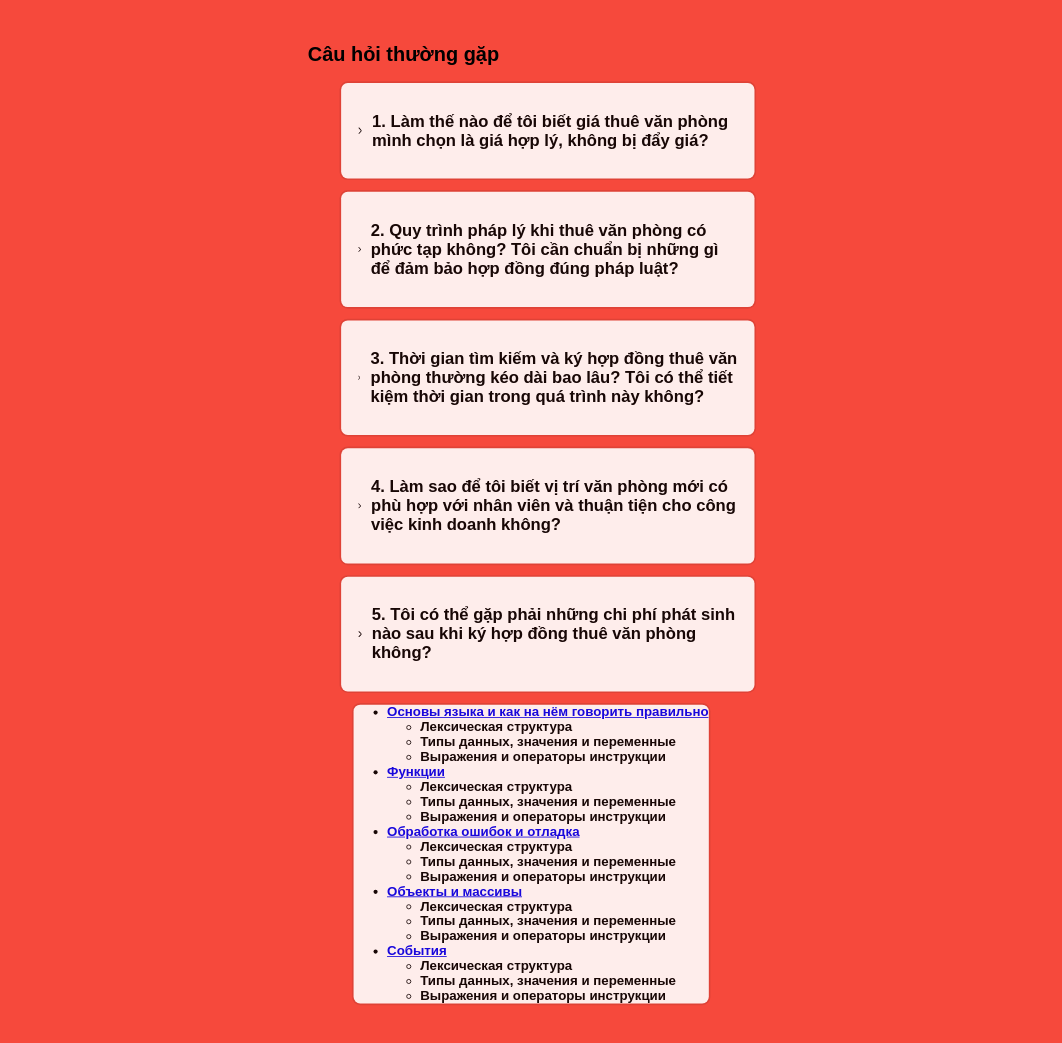
Repository: lannguyen1301/html-office-saigon
Page: accordion.html
An editor plug-in stored every save of this project. The page is shown before and after the next save, followed by the edit.
The browser window is 1280 px wide. The pictures show the whole page, at 83% of full size.

Above is the page before, as saved 2025-02-12 23:14:02.

After the next save:
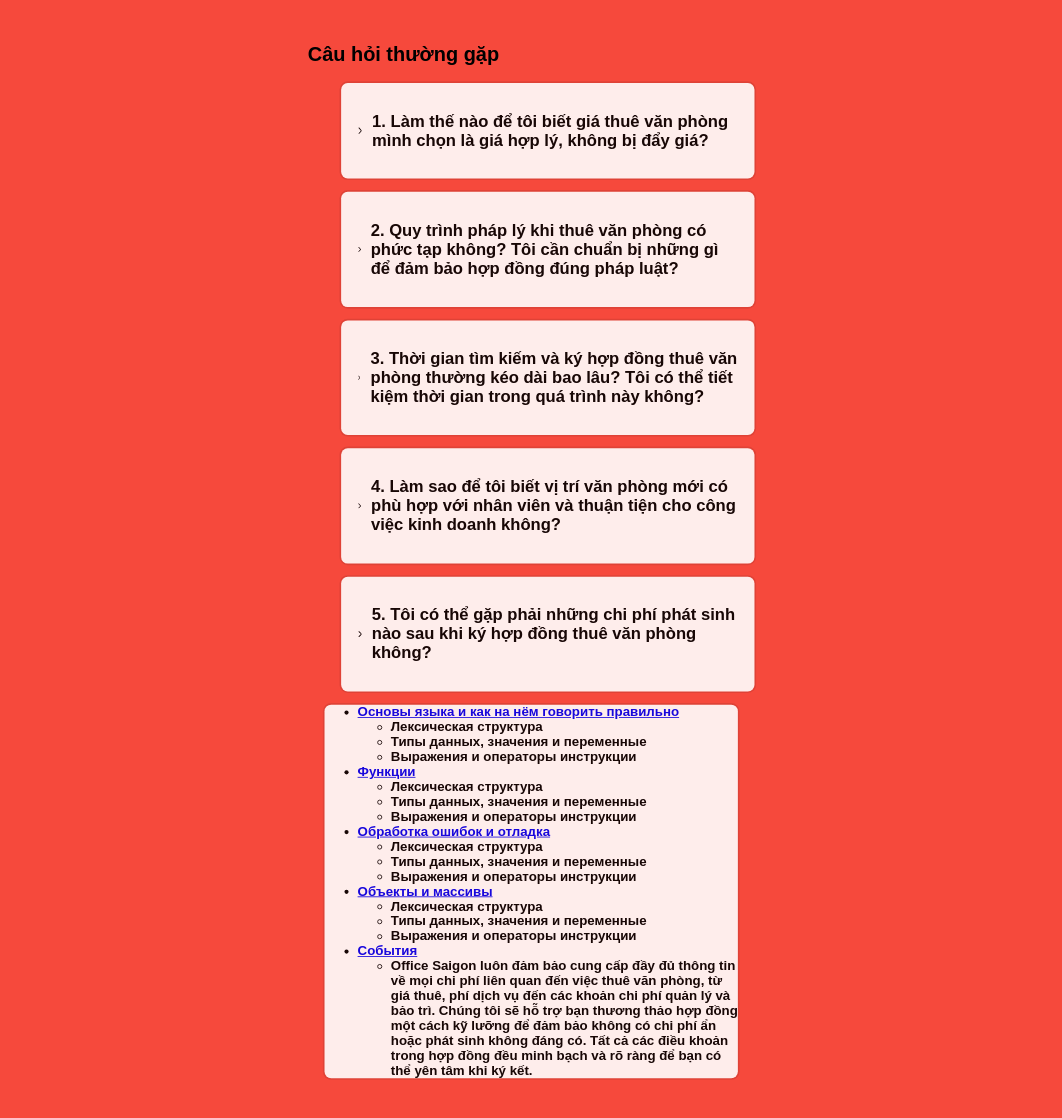
Saved 4 min 11 s later.
--- a/accordion.html
+++ b/accordion.html
@@ -156,9 +156,14 @@
             <li class="accordion__item">
                 <a href="#" class="accordion__link">События</a>
                 <ul class="sub-accordion">
-                    <li class="sub-accordion__item">Лексическая структура</li>
-                    <li class="sub-accordion__item">Типы данных, значения и переменные</li>
-                    <li class="sub-accordion__item">Выражения и операторы инструкции</li>
+                    <li class="sub-accordion__item">Office Saigon luôn đảm bảo cung cấp đầy đủ thông tin về mọi chi phí
+                        liên quan đến việc thuê
+                        văn phòng, từ giá thuê, phí dịch vụ đến các khoản chi phí quản lý và bảo trì. Chúng tôi sẽ
+                        hỗ trợ bạn thương thảo hợp đồng một cách kỹ lưỡng để đảm bảo không có chi phí ẩn hoặc phát
+                        sinh không đáng có. Tất cả các điều khoản trong hợp đồng đều minh bạch và rõ ràng để bạn có
+                        thể yên tâm khi ký kết.</li>
+                    <!-- <li class="sub-accordion__item">Типы данных, значения и переменные</li> -->
+                    <!-- <li class="sub-accordion__item">Выражения и операторы инструкции</li> -->
                 </ul>
             </li>
         </ul>
